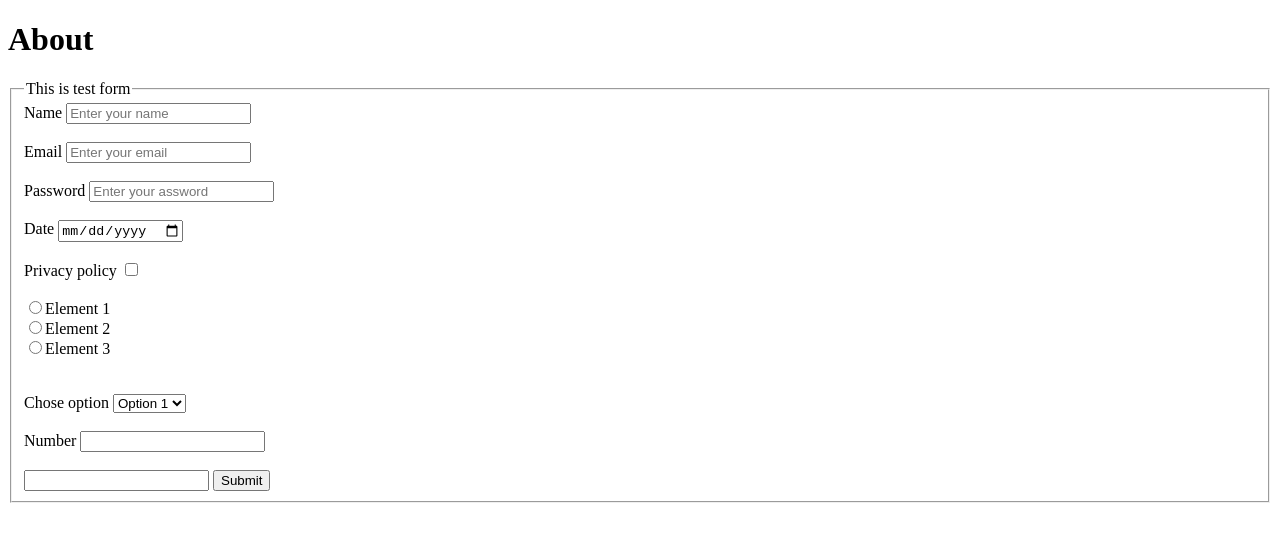
Repository: fisikusari/test-repo
Page: about.html
The author's editor kept a copy of each file at every save. The page is drawn from the files as they stood at one save, then again after the next save.
The browser window is 1280 px wide. The pictures show the whole page.

Above is the page before, as saved 2021-11-11 19:45:07.

After the next save:
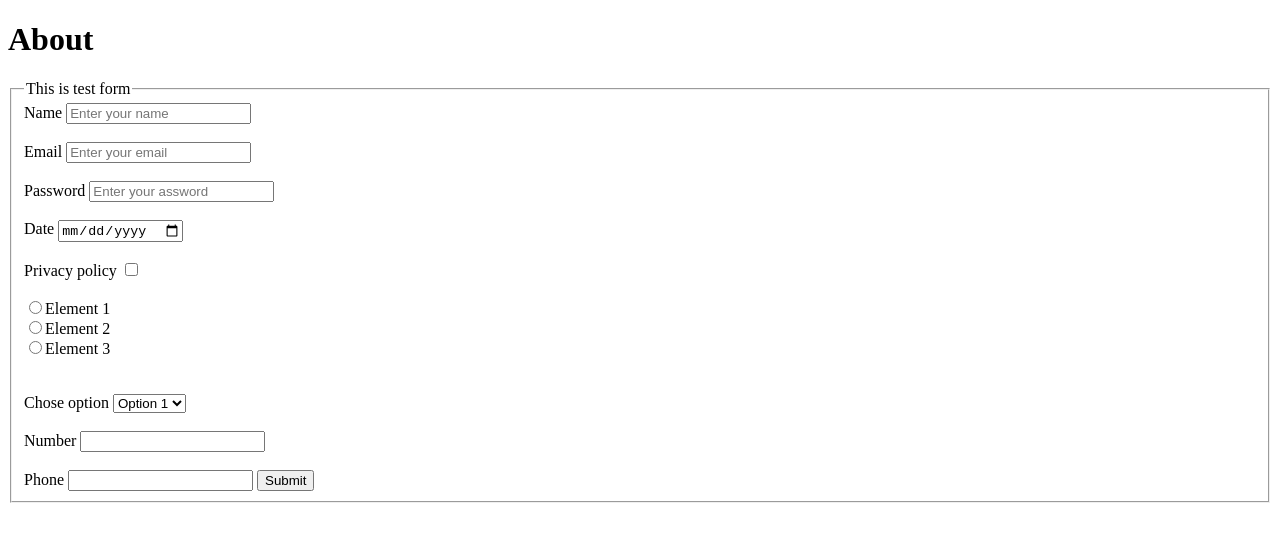
Saved 19 s later.
--- a/about.html
+++ b/about.html
@@ -41,7 +41,8 @@
       <br><br>
       <label for="number">Number</label>
       <input type="number" name="number" id="number"><br><br>
-      <input type="tel" name="" id="">
+      <label for="tel">Phone</label>
+      <input type="tel" name="tel" id="tel">
       <input type="submit" value="Submit">
     </fieldset>
     <!--Fieldset Ends here-->
